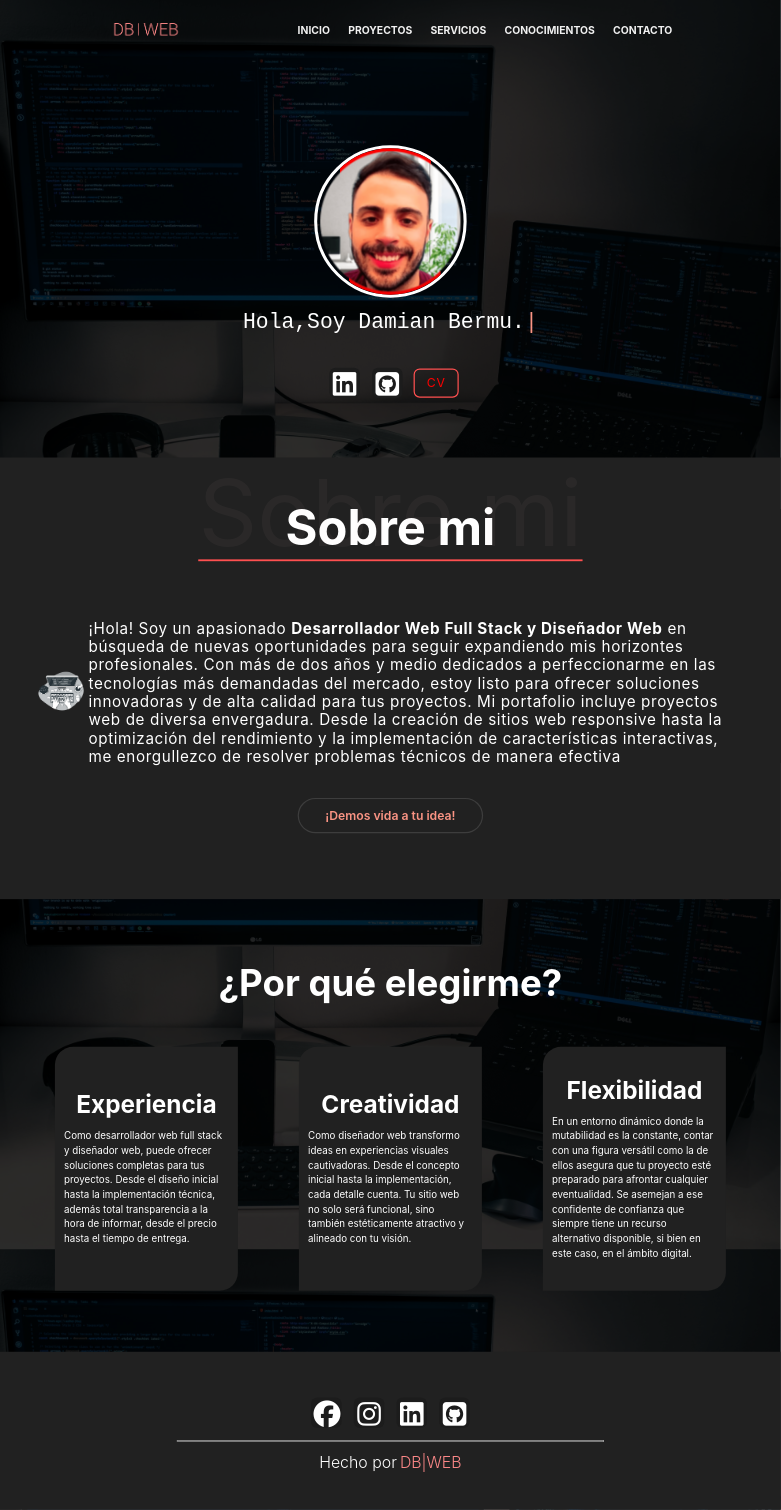
Repository: DamianBermudez94/DB-Porfolio
Page: /
An editor plug-in stored every save of this project. The page is shown before and after the next save, followed by the edit.
The browser window is 1280 px wide. The pictures show the whole page, at 61% of full size.
Backgrounds fixed to the window are drawn as part of the page. Some web libraries are served in a nearby version. The project was rebuilt for these pictures with package versions that can differ from the ones it lists, and the page was loaded fresh each time. Also part of the build but not shown: vite.config.js, src/components/Servicios/styles.css, src/components/Servicios/Service.jsx, src/pages/Servicios.jsx, src/components/Conocimientos/styles.css, src/components/Conocimientos/Conocimientos.jsx, src/pages/AcerdaDe.jsx, src/components/Contacto/styles.css and 7 more.

Above is the page before, as saved 2024-04-01 21:45:28.

### index.html
<!DOCTYPE html>
<html lang="es">
  <head>
    <meta charset="utf-8" />
    <meta name="viewport" content="width=device-width, initial-scale=1" />
    <meta name="geo.position" content="-35.1853171; -59.1479442" />
    <link
      rel="icon"
      type="image/png"
      sizes="32x32"
      href="./public/image/icons-favicon-DB.png"
    />
    <link
      rel="apple-touch-icon"
      type="image/png"
      sizes="32x32"
      href="./public/image/icons-favicon-DB.png"
    />

    <link rel="manifest" href="./src/manifiesto.json" />
    <title>Damián Bermúdez - Developer</title>
    <meta name="author" content="Damián Bermúdez" />
    <meta
      name="description"
      content="Desarrollador Web Full Stack - Diseñador Web - Paginás Web - Damián Bermúdez"
    />
    <meta name="theme-color" content="#000000" />
    <!--Estilos-->
    <script
      src="https://kit.fontawesome.com/bdbed0aafa.js"
      crossorigin="anonymous"
    ></script>
    <link rel="preconnect" href="https://fonts.gstatic.com" />
    <link rel="preconnect" href="https://fonts.gstatic.com" />
    <link rel="preconnect" href="https://fonts.gstatic.com" />
    <link rel="preconnect" href="https://fonts.gstatic.com" />
    <link
      href="https://fonts.googleapis.com/css2?family=Raleway:wght@200;300&family=Roboto:wght@100;300&display=swap"
      rel="stylesheet"
    />
  </head>
  <body>
    <div id="root"></div>
    <script type="module" defer src="/src/main.jsx"></script>
  </body>
</html>

### src/main.jsx
import ReactDOM from "react-dom/client";

import App from "./App";
import "./index.css";
const root = ReactDOM.createRoot(document.getElementById("root"));
root.render(<App />);

### src/App.jsx
import { useState, useEffect } from "react";
import { MisRutas } from "./routers/MisRutas";
import { BrowserRouter } from "react-router-dom";
import backgroundImage from "../public/image/banner-parallax2.jpg";
import "./App.css";
function App() {
  const [scrollPosition, setScrollPosition] = useState(0);

  useEffect(() => {
    const handleScroll = () => {
      setScrollPosition(window.pageYOffset);
    };

    window.addEventListener("scroll", handleScroll);

    return () => {
      window.removeEventListener("scroll", handleScroll);
    };
  }, []);

  return (
    <main className="content-main parallax-container">
      <div
        className="parallax-background"
        style={{
          backgroundImage: `url(${backgroundImage})`,
          backgroundPositionY: scrollPosition / 2 + "px",
        }}
      />
      <div className="parallax-content">
        <BrowserRouter>
          <MisRutas />
        </BrowserRouter>
      </div>
    </main>
  );
}

export default App;

### src/index.css
* {
  margin: 0;
  padding: 0;
  box-sizing: border-box;
}
body {
  font-family: -apple-system, BlinkMacSystemFont, "Segoe UI", "Roboto", "Oxygen",
    "Ubuntu", "Cantarell", "Fira Sans", "Droid Sans", "Helvetica Neue",
    sans-serif;
  -webkit-font-smoothing: antialiased;
  -moz-osx-font-smoothing: grayscale;
}

### src/routers/MisRutas.jsx
import {Routes, Route } from "react-router-dom";

import { Inicio } from "../pages/Inicio";
import { Servicios } from "../pages/Servicios";
import { AcerdaDe } from "../pages/AcerdaDe";
import { Contacto } from "../pages/contacto";
import { Proyectos } from "../pages/Proyecto";
import { Error } from "../components/Error";
import { NavHeader } from "../components/header/NavHeader";
import { Footer } from "../components/Footer/Footer";

export const MisRutas = () => {
  return (
    <div className="layout">
      {/*Header y navegacion*/}
      <NavHeader />
      {/*Contenido general*/}

      <Routes>
        <Route path="/" element={<Inicio />} />
        <Route path="/inicio" element={<Inicio />} />
        <Route path="/servicios" element={<Servicios />} />
        <Route path="/conocimientos" element={<AcerdaDe />} />
        <Route path="/contacto" element={<Contacto />} />
        <Route path="/proyecto" element={<Proyectos />} />
        <Route path="*" element={<Error />} />
      </Routes>

      {/* Footer*/}
      <Footer />
    </div>
  );
};

### src/App.css
.parallax-container {
  position: relative;
  overflow: hidden;
  color: #fff;


}
.parallax-background {
  position: absolute;
  top: 0;
  left: 0;
  width: 100%;
  height: 100%;
  background-size: cover;
  background-position: center;
  background-attachment: fixed;

}
.parallax-content {
 /* Agregamos una transición para suavizar la animación */
  padding-top: 150px;
  background-color: rgba(0, 0, 0, 0.8);
  position: relative;
  z-index: 1; /* Asegura que el contenido esté sobre la imagen de fondo */
}

### src/pages/Inicio.jsx
import { Home } from "../components/Home/Home";
export const Inicio = () => {
  return (
    <section>
      <Home />
    </section>
  );
};

### src/components/Footer/Footer.jsx

import './Footer.css'
export const Footer = () => {
  return (
    <footer className="footer">
      <div className="contenedor-footer container">
          <div className="footer-redes__sociales">
              <a href="https://www.facebook.com" className="link-redes_sociales" ><i className="fab fa-facebook facebook"></i></a>
              <a href="https://www.instagram.com" className="link-redes_sociales" ><i className="fab fa-instagram instagran"></i></a>
              <a href="https://www.linkedin.com" className="link-redes_sociales" ><i className="fab fa-linkedin linkedin"></i></a>
              <a href="https:/www.github.com" className="link-redes_sociales" ><i className="fab fa-github-square github"></i></a>
          </div>
          <hr className='footer-linea__separacion' />
          <div className="footer-text">
              <p className="title-copy">Hecho por<a className="title-footer" href="https://damianbermudezdev.es/">DB|WEB</a></p>
          </div>
      </div>
    </footer>
  )
}

### src/components/header/NavHeader.css
.header {
  height: 80px;
  width: 100%;
  max-width: 1200px;
  display: flex;
  justify-content: space-around;
  align-items: center;
  position: fixed;
  top: 0;
  right: 0;
  left: 0;
  z-index: 1000;
  padding: 50px 20px;
margin: 0 auto;
  transition: background-color 0.5s ease;
}

/* Cambiar el fondo al hacer scroll */
.header.scrolled {
  background-color: rgba(83, 83, 83, 0.9);
  border-radius: 10px;
  display: flex;
  justify-content: center;
  align-items: center;
  position: fixed;

  margin: 0 auto;
}

.nav-content {
  width: 90%;
  height: 80px;
  margin: 0 auto;
  display: flex;
  justify-content: space-around;
  padding: 5px;
  align-items: center;
}
.header .logo img {
  width: 150px;
  height: 100px;
  object-fit: cover;
}

.header nav ul {
  display: flex;
  justify-content: center;
  align-items: center;
  list-style: none;
}
.header li {
  text-decoration: none;
  text-transform: uppercase;
  font-size: 17px;
  font-weight: bold;
  margin: 15px;
}
.header li a {
  text-decoration: none;
  transition: all 300ms;
  color: #f1f1f1;
}
.header .active,
.header a:hover {
  color: rgb(255, 80, 80);
}

.header .btn-menu {
  display: none;
}
@media screen and (max-width: 960px) {
  .header {
    max-width: 900px;
  }

  .header .logo img {
    width: 200px;
    height: 150px;
  }

  .menu {
    list-style-type: none;
    margin: 0;
    padding: 0;
    transform: translateY(-100%);
    transition: transform 0.5s ease-in-out;
    position: fixed;
    top: 150px;
    left: 0%;
    width: 100%;
    height: 100vh;
    width: 100%;
    display: flex;
    flex-direction: column;
    align-items: center;
    justify-content: center;
    height: 0;
    overflow: hidden;
    background-color: rgba(255, 255, 255, 0);
    backdrop-filter: blur(19px);
  }

  .menu.active {
    transform: translateY(0);
    width: 100%;
    height: 100vh;
    bottom: 10px;
    display: block;
    margin: 0 auto;
  }

  .menu ul {
    flex-direction: column;
    align-items: center;
    justify-content: center;
  }

  .menu li {
    width: 100%;
    margin: 10px auto;
    border-bottom: 1px solid rgb(255, 1, 1);
    margin: 10px 0;
    transform: translateY(-50px);
    opacity: 0;
    transition: transform 0.5s ease, opacity 0.5s ease;
  }
  .menu.active li {
    transform: translateY(0);
    opacity: 1;
    padding: 10px;
  }
  .menu a {
    text-decoration: none;
    color: #fff;
    font-size: 20px;
    transition: color 0.3s;
  }
  .menu a:hover {
    color: #ffd700;
  }
}
@media screen and (max-width: 480px) {
  .header {
    padding: 50px;

  }
  .header .logo img {
    width: 150px;
    height: 100px;
  }
}

### src/components/header/burgerButton.jsx
/* eslint-disable react/prop-types */

import styled from "styled-components";

function BurguerButton(props) {
  return (
    <Burguer>
      <div
        onClick={props.handleClick}
        className={`btn-menu nav-icon-5 ${props.clicked ? "open" : ""}`}
      >
        <span></span>
        <span></span>
        <span></span>
      </div>
    </Burguer>
  );
}

export default BurguerButton;

const Burguer = styled.div`
  /* nav-icon-5 */
  .nav-icon-5 {
    width: 35px;
    height: 30px;
    position: relative;
    cursor: pointer;
    display: flex;
    margin: 25px auto;
  }
  .nav-icon-5 span {
    background-color: #fff;
    position: absolute;
    border-radius: 2px;
    transition: 0.3s cubic-bezier(0.8, 0.5, 0.2, 1.4);
    width: 100%;
    height: 4px;
    transition-duration: 500ms;
  }
  .nav-icon-5 span:nth-child(1) {
    top: 0px;
    left: 0px;
  }
  .nav-icon-5 span:nth-child(2) {
    top: 13px;
    left: 0px;
    opacity: 1;
  }
  .nav-icon-5 span:nth-child(3) {
    bottom: 0px;
    left: 0px;
  }
  .nav-icon-5:not(.open):hover span:nth-child(1) {
    transform: rotate(-3deg) scaleY(1.1);
  }
  .nav-icon-5:not(.open):hover span:nth-child(2) {
    transform: rotate(3deg) scaleY(1.1);
  }
  .nav-icon-5:not(.open):hover span:nth-child(3) {
    transform: rotate(-4deg) scaleY(1.1);
  }
  .nav-icon-5.open span:nth-child(1) {
    transform: rotate(45deg);
    top: 13px;
  }
  .nav-icon-5.open span:nth-child(2) {
    opacity: 0;
  }
  .nav-icon-5.open span:nth-child(3) {
    transform: rotate(-45deg);
    top: 13px;
  }
  @media screen and (min-width: 960px) {
    .btn-menu {
      display: none;
    }
  }
`;

### src/components/Footer/Footer.css
.footer {
  min-height: 120px;
  line-height: 7px;
  text-align: center;
  font-size: 22px;
  padding: 45px;
  background-color: #212121;
}

.contenedor-footer {
  display: flex;
  flex-direction: column;
  justify-content: center;
  align-content: center;
  margin: 0 auto;
  padding: 20px;
}
.footer-text {
  display: flex;
  justify-content: center;
  align-items: center;
  padding: 10px;
  margin-top: 20px;
}
.title-copy {
  text-align: center;
  font-size: 26px;
  font-weight: 300;
}
.title-footer {
  text-decoration: none;
  color: rgb(252, 136, 136);
  margin-left: 5px;
}
.footer-linea__separacion{
  height: 1px;
  width: 100%;
  max-width: 700px;
  margin: 0 auto;


}
body.dark .title-copy {
  color: #f1f1f1;
}

.footer-redes__sociales {
  display: flex;
  justify-content: center;
  align-items: center;
  text-align: center;
  margin-bottom: 10px;
}
.link-redes_sociales {
  text-decoration: none;
  width: 50px;
  height: 50px;
  margin: 10px;
  color: rgb(255, 255, 255);
  background-color: rgb(28, 28, 28);
  border-radius: 10px;
  text-align: center;
  position: relative;
  transition: transform 0.4s;
  font-size: 26px;
  padding: 4px;
}
.link-redes_sociales:hover {
  transform: rotate(45deg);
}
.link-redes_sociales::before {
  content: "";
  position: absolute;
  width: 100%;
  height: 100%;
  opacity: 0;
  background-color: #373737;
  border-radius: 10px;
  transition: opacity 0.2s;
}
.link-redes_sociales:hover::before {
  opacity: 0.4;
}
.link-redes_sociales:nth-child(1)::before {
  background-color: rgb(255, 80, 80);
}
.link-redes_sociales:nth-child(2)::before {
  background-color: rgb(255, 80, 80);
}
.link-redes_sociales:nth-child(3)::before {
  background-color: rgb(255, 80, 80);
}
.link-redes_sociales:nth-child(4)::before {
  background-color: rgb(255, 80, 80);
}

.link-redes_sociales:hover::before {
  transform: translate(-4px, -4px);
  filter: blur(10px);
}

.link-redes_sociales i {
  font-size: 1.7em;
  transition: all 0.4s;
}
.link-redes_sociales:hover i {
  color: #f1f1f1;
  transform: rotate(-45deg);
}

body.dark .redes-sociales i {
  color: #f1f1f1;
}

### src/components/TextoCustom/CustomText.jsx
/* eslint-disable react/prop-types */
import  { useState, useEffect } from 'react';
import './styles.css';

const CustomText = ({ words, typingDelay = 200, changingDelay = 3000 }) => {
  const [index, setIndex] = useState(0);
  const [subIndex, setSubIndex] = useState(0);
  const [reverse, setReverse] = useState(false);

  // Efecto para manejar la escritura y eliminación de las palabras
  useEffect(() => {
    if (subIndex === words[index].length + 1 && !reverse) {
      setReverse(true);
      return;
    }

    if (subIndex === 0 && reverse) {
      setReverse(false);
      setIndex((prev) => (prev + 1) % words.length);
      return;
    }

    const timeout = setTimeout(() => {
      setSubIndex((prev) => prev + (reverse ? -1 : 1));
    }, typingDelay);

    return () => clearTimeout(timeout);
  }, [subIndex, index, reverse]);

  // Efecto para cambiar la palabra después de un cierto tiempo
  useEffect(() => {
    if (!reverse) {
      return;
    }

    const timeout = setTimeout(() => {
      setReverse(false);
      setIndex((prev) => (prev + 1) % words.length);
    }, changingDelay);

    return () => clearTimeout(timeout);
  }, [reverse]);

  return (
    <div className="typewriter">
      <span>{`${words[index].substring(0, subIndex)}${reverse ? '.' : ' '}`}</span>
    </div>
  );
};

export default CustomText;

### src/components/Home/styles.css
/**Estilos Home- Principal**/

.home-welcome {
  width: 100%;
  height: 600px;
  display: flex;
  flex-direction: column;
  justify-content: space-around;
  align-items: center;
  padding: 20px;
}
.container-home {
  width: 100%;
}
.container-home img {
  display: flex;
  justify-content: center;
  width: 250px;
  height: 250px;
  padding: 5px;
  margin: 0 auto;
  position: relative;
  border: solid 5px transparent;
}
.container-home figure {
  display: flex;
  justify-content: center;
  width: 250px;
  height: 250px;
  padding: 5px;
  margin: 0 auto;
  position: relative;
  border: 5px solid;
  border-radius: 50%;
  place-content: center;
  place-items: center;
  overflow: hidden;
}
.container-home figure::before {
  content: "";
  position: absolute;
  width: 150px;
  background-image: linear-gradient(360deg, rgb(241, 0, 0), rgb(255, 0, 0));
  height: 130%;
  animation: rotBGimg 3s linear infinite;
  transition: all 0.2s linear;
}

@keyframes rotBGimg {
  from {
    transform: rotate(0deg);
  }

  to {
    transform: rotate(360deg);
  }
}

.container-redes_inicio {
  display: block;
  padding-top: 25px;
  display: flex;
  align-items: center;
  justify-content: center;
}

.btn-cv {
  max-width: 100px;
  text-decoration: none;
  display: flex;
  justify-content: center;
  font-size: 20px;
  cursor: pointer;
  letter-spacing: 1px;
  color: rgb(255, 0, 0);
  background-color: transparent;
  outline: 2px solid rgb(255, 80, 80);
  border: none;
  border-radius: 8px;
  padding: 10px 20px;
  margin-left: 10px;
  position: relative;
  top: 0px;
  overflow: hidden;
  transition: color 1s;
}

.btn-cv:hover {
  color: #ffffff;
  z-index: 1;
}

.btn-cv::before {
  content: "";
  position: absolute;
  top: 0;
  left: -50px;
  width: 250%;
  height: 100%;
  background-color: rgba(255, 85, 85, 0.5);
  border: none;
  outline: 3px solid rgb(0, 0, 0);
  transform: scaleX(0) skewX(35deg);
  transform-origin: left;
  z-index: -1;
  transition: transform 1s;
}

.btn-cv:hover::before {
  transform: scaleX(1) skewX(35deg);
}
.content-proyectos__inicio {
  display: flex;
  justify-content: center;
  align-items: center;
  flex-direction: column;
  padding: 50px;
}

.content-proyectos__inicio h2 {
  margin-bottom: 80px;
  font-size: 40px;
  text-align: center;
}
@media (max-width: 960px) {
  .home .title-welcome .title-custom {
    width: 100%;
  }
  .title-welcome span {
    width: 100%;
  }
}

@media (max-width: 670px) {
  .title-welcome {
    margin-left: 20px;
  }
  .container-redes_inicio {
    padding: 5px;
    margin-left: 0px;
  }
}
@media (max-width: 480px) {
  .title-welcome {
    margin-left: 20px;
  }
  .container-redes_inicio {
    padding: 5px;
    margin-left: 0px;
  }
  .container-redes_inicio {
    flex-wrap: wrap;
  }
}

/**Estilos section Sobre mi**/
.section-me {
  padding: 60px;
  margin: 0 auto;
  display: flex;
  flex-direction: column;
  justify-content: center;
  align-items: center;
  background-color: #212121;
}
.content-title{
  height: 200px;
  text-align: center;
}

.section-me .title-sobre__me {
  margin: 0;
  padding: 5px;
  font-size: 80px;
  color: rgb(255, 255, 255);
  border-bottom: 3px solid rgb(255, 80, 80);
}
.section-me .sub-title {
  position: relative;
  opacity: 0.04;
  font-size: 150px;
  top: -170px;
  right: 0;
  color: rgb(253, 214, 214);
  overflow: hidden;
}
.container-me {
  width: 100%;
  display: flex;
  flex-direction: column;
  justify-content: center;
  align-items: center;
  margin: 0 auto;
}
.container-me article{
  width: 100%;
  display: flex;
  flex-direction: row;
  align-items: center;
}


.section-me article figure {
  margin: 0 auto;
  width: 600px;

}

.container-me article img {
  width: 100%;
  max-width: 600px;
  margin: 0 auto;
  shape-outside: circle(50%);
}

.section-me article p {
  margin: 0 auto;
  padding: 5px;
  font-size: 25px;
  letter-spacing: 1px;
  overflow: hidden;
}


.container-me .enlace-contacto {
  width: 300px;
  text-decoration: none;
  color: #fa9484;
  position: relative;
  display: grid;
  grid-column: span 2;
  padding: 15px;
  margin: 50px auto 50px;
  text-align: center;
  opacity: 1;
}

.enlace-contacto {
  position: relative;
  display: inline-block;
  padding: 12px 24px;
  border: none;
  font-size: 16px;
  background-color: inherit;
  border-radius: 100px;
  font-weight: 600;
  color: #ffffff40;
  box-shadow: 0 0 0 2px #ffffff20;
  cursor: pointer;
  overflow: hidden;
  transition: all 0.6s cubic-bezier(0.23, 1, 0.32, 1);
}

.enlace-contacto span:last-child {
  position: absolute;
  top: 50%;
  left: 50%;
  transform: translate(-50%, -50%);
  width: 20px;
  height: 20px;
  background-color: rgb(252, 98, 98);
  border-radius: 50%;
  opacity: 0;
  transition: all 0.8s cubic-bezier(0.23, 1, 0.32, 1);
}

.enlace-contacto span:first-child {
  width: 100%;
  position: relative;
  z-index: 1;
  font-size: 20px;
}

.enlace-contacto:hover {
  box-shadow: 0 0 0 5px #f3212160;
  color: #ffffff;
}

.enlace-contacto:active {
  scale: 0.95;
}

.enlace-contacto:hover span:last-child {
  width: 100%;
  height: 200px;
  opacity: 1;
}

.square {
	position: absolute;
	top: 50%;
	left: 50%;
	transform: translate(-50%, -50%);
	width: 50px;
	height: 50px;
	background: linear-gradient(#f70000, #757575);
	z-index: 2;
}

.circle {
	position: absolute;
	top: 50%;
	left: 50%;
	transform: translate(-50%, -50%);
	width: 50px;
	height: 50px;
	background: #d91c1c;
	border-radius: 50%;
}

.triangle {
	position: absolute;
	top: 50%;
	left: 50%;
	transform: translate(-50%, -50%);
	width: 50px;
	height: 50px;
	background: #f5f5f5;
	clip-path: polygon(50% 0%, 0% 100%, 100% 100%);
	-webkit-clip-path: polygon(50% 0%, 0% 100%, 100% 100%);
}

@media (max-width: 1280px) {
  .section-me div {
    display: block;
  }
}

@media (max-width: 780px) {
  .section-me {
    padding: 20px;
  }
  .section-me ul {
    text-align: center;
  }
  .section-me ul li span {
    font-size: 80px;
  }
  .section-me figure {
    max-width: 300px;
  }
  .section-me img {
    width: 300px;
    height: 300px;
  }
  .section-me .title-sobre__me {
    font-size: 45px;
  }
  .section-me .sub-title {
    font-size: 100px;
    top: -110px;
  }
}
@media (max-width: 480px) {
  .section-me .title-sobre__me {
    margin-top: 50px;
    font-size: 45px;
  }
  .section-me .sub-title {
    font-size: 80px;
    top: -100px;
  }
}

/**--Seccion motivos--**/

.article-section__motivos {
  width: 100%;
  padding: 50px;
  border-radius: 10px;
  margin: 50px auto;
  display: grid;
  grid-template-columns: repeat(3, 1fr);
  gap: 20px;
}

.article-section__motivos h2 {
  grid-column: span 3;
  text-align: center;
  margin-bottom: 50px;
  font-size: 60px;
}

.article-section__motivos article {
  display: flex;
  justify-content: center;
  align-items: center;
  flex-direction: column;
  margin-bottom: 20px;
  width: 300px;
  height: 400px;
  background-color: #212121;
  border-radius: 30px 0px 30px 0px;
  padding: 10px;
  margin: 0 auto;
}

.article-section__motivos h3 {
  font-size: 2.5em;
  margin-bottom: 10px;
  text-align: center;
  font-weight: bold;
}

.article-section__motivos p {
  line-height: 1.5;
  padding: 5px;
}

### src/components/TextoCustom/styles.css
.typewriter span {

    display: flex;
    align-items: center;
    justify-content: center;
    font-size: 35px;
    font-family: monospace;
    overflow: hidden;
    white-space: nowrap;
    padding: 20px;
  }

  .typewriter span:after {
    content: '|';
    animation: blink-caret .75s step-end infinite;
    color: #fa9484;
  }

  @keyframes blink-caret {
    from, to { border-color: transparent }
    50% { border-color: black }
  }

  @media (max-width: 780px) {
    .typewriter span {
       font-size: 30px;
      }
  }
  @media (max-width: 780px) {
    .typewriter span {
       font-size: 20px;
      }
  }

Loaded but not shown: src/components/Home/Home.jsx (141 lines, source omitted); src/components/header/NavHeader.jsx (99 lines, source omitted)

After the next save:
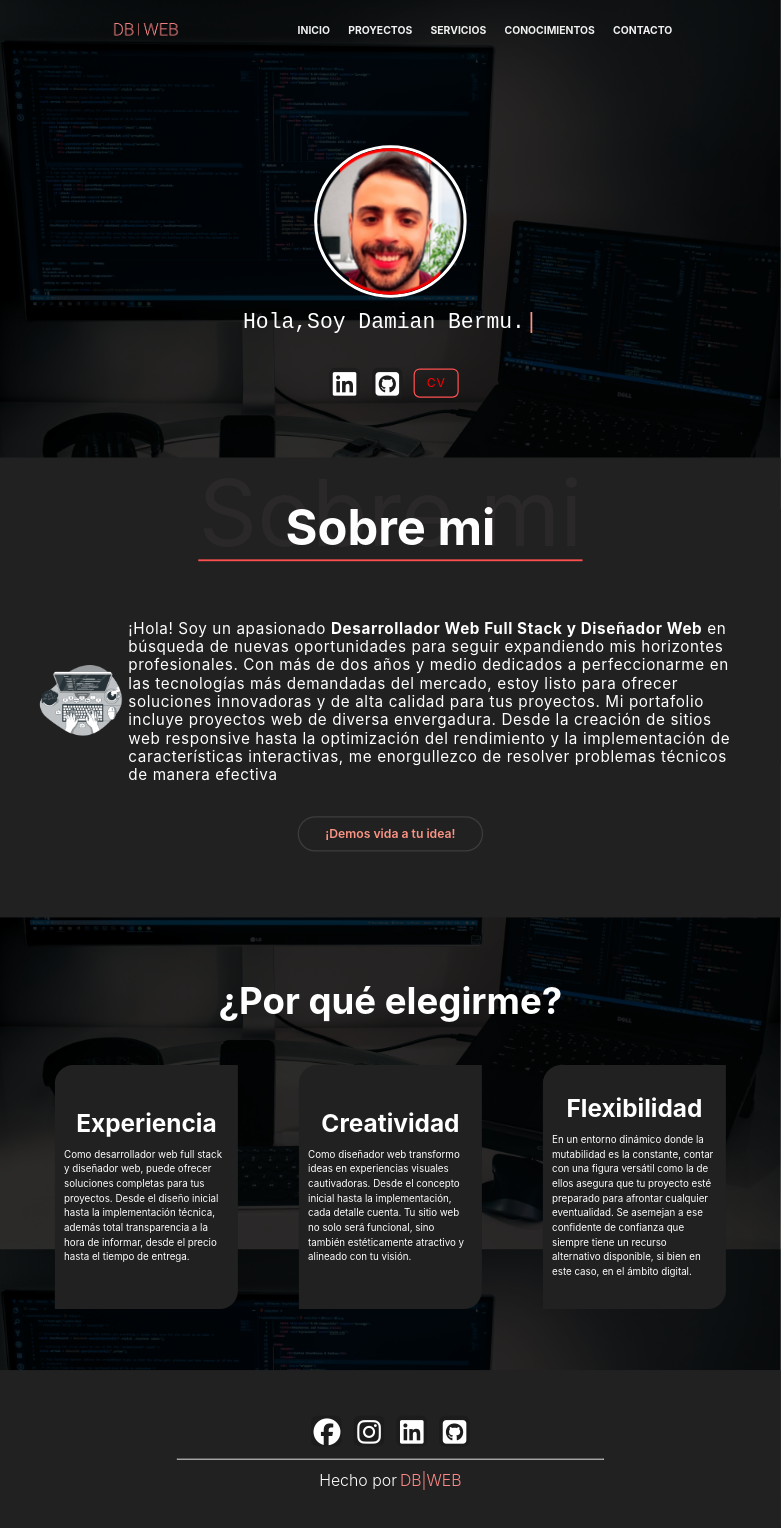
Saved 16 s later.
--- a/src/components/Home/styles.css
+++ b/src/components/Home/styles.css
@@ -202,7 +202,7 @@
 
 .section-me article figure {
   margin: 0 auto;
-  width: 600px;
+  width: 100%;
 
 }
 
